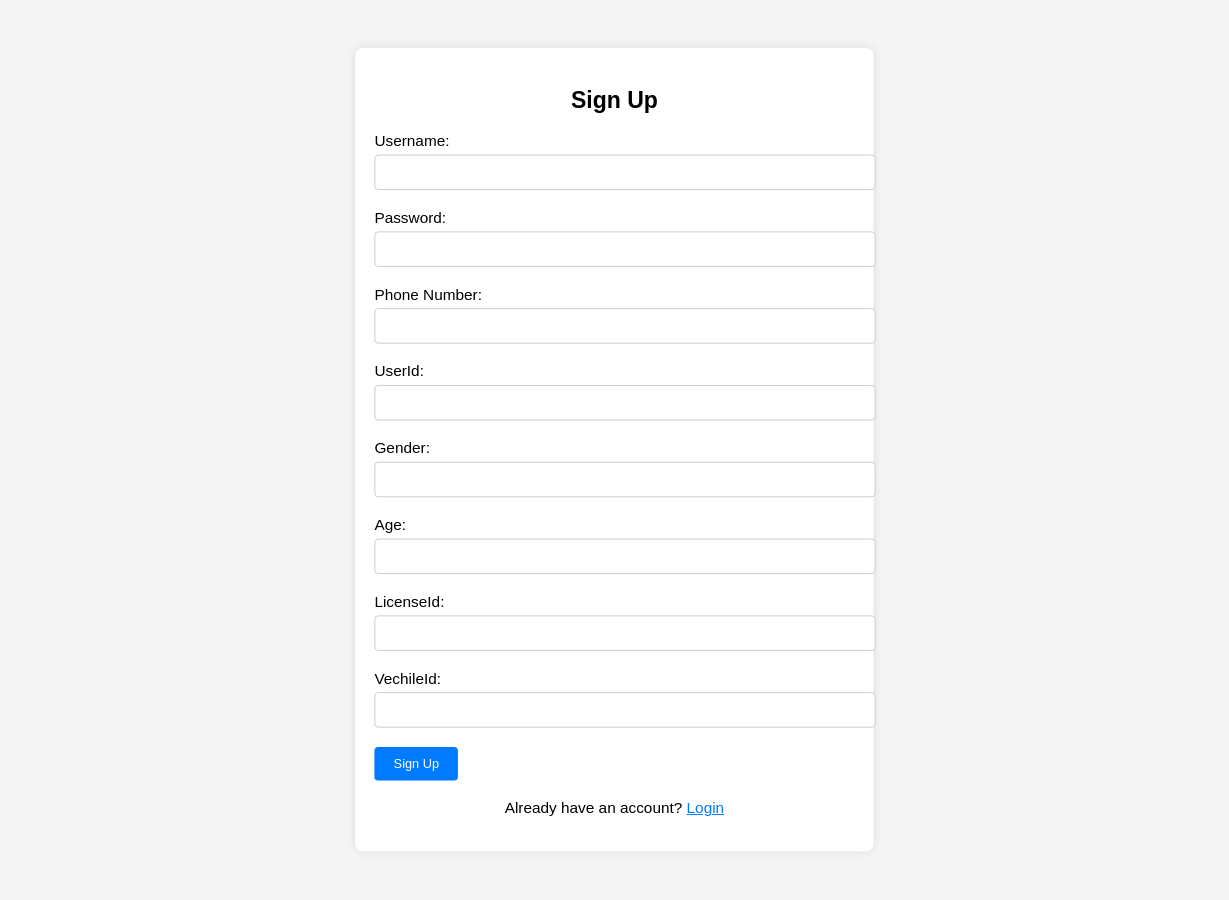
Repository: suryavishakan/parking_management
Page: http://localhost/signup
The author's editor kept a copy of each file at every save. The page is drawn from the files as they stood at one save, then again after a run of saves.
The browser window is 1280 px wide. The pictures show the whole page, at 96% of full size.
The page is served by the project's application, run on Flask 3 (app.py).

Above is the page before, as saved 2024-04-20 13:50:54.

After the next 2 saves:
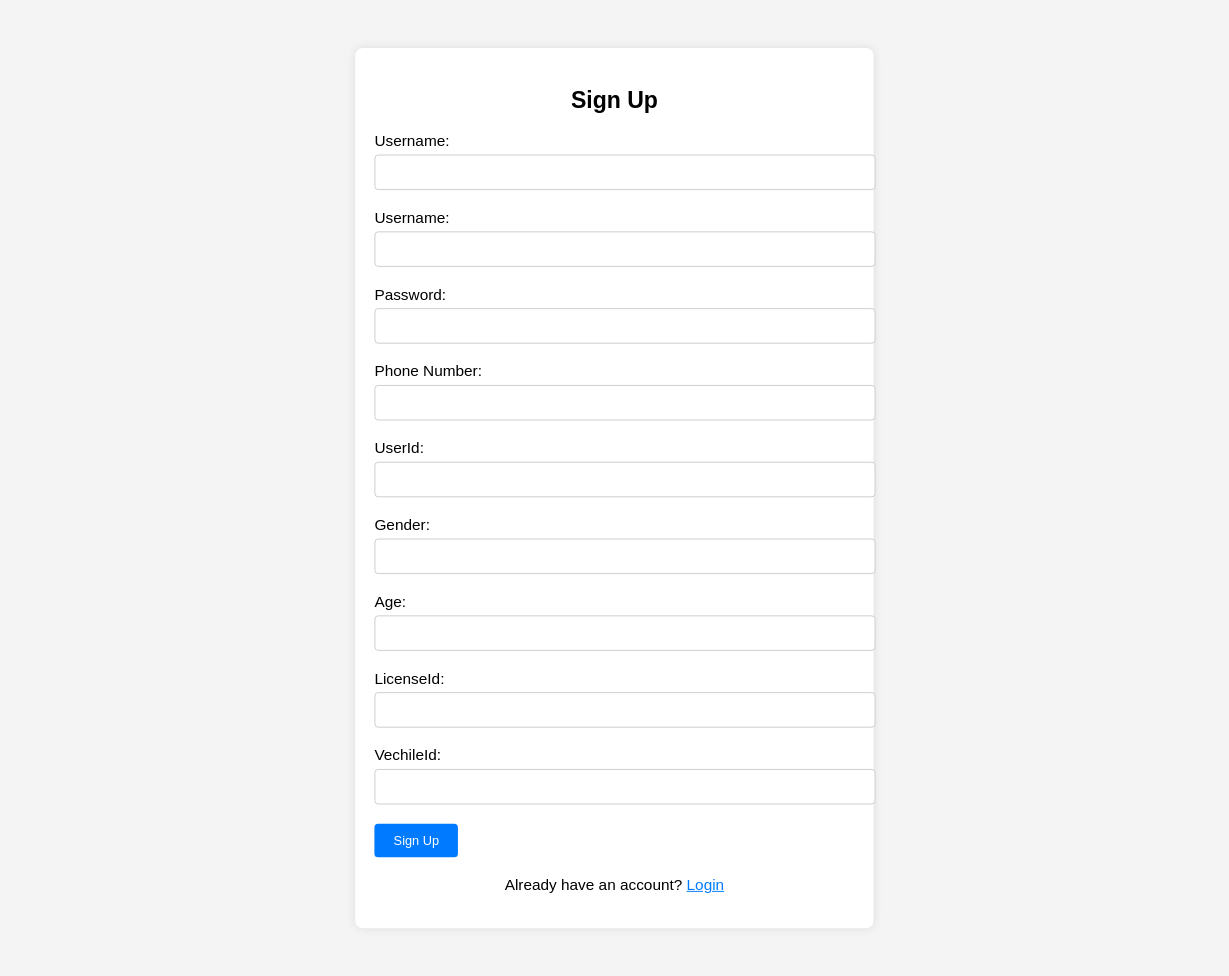
The 2 saves are shown as one change because they came seconds apart.
The last was saved 5 min 34 s later.
--- a/templates/signup.html
+++ b/templates/signup.html
@@ -76,6 +76,8 @@
         <form action="{{ url_for('signup') }}" method="POST">
             <label for="username">Username:</label>
             <input type="text" id="username" name="username" required>
+            <label for="username">Username:</label>
+            <input type="text" id="username" name="username" required>
             <label for="password">Password:</label>
             <input type="password" id="password" name="password" required>
             <label for="phoneNumber">Phone Number:</label>
